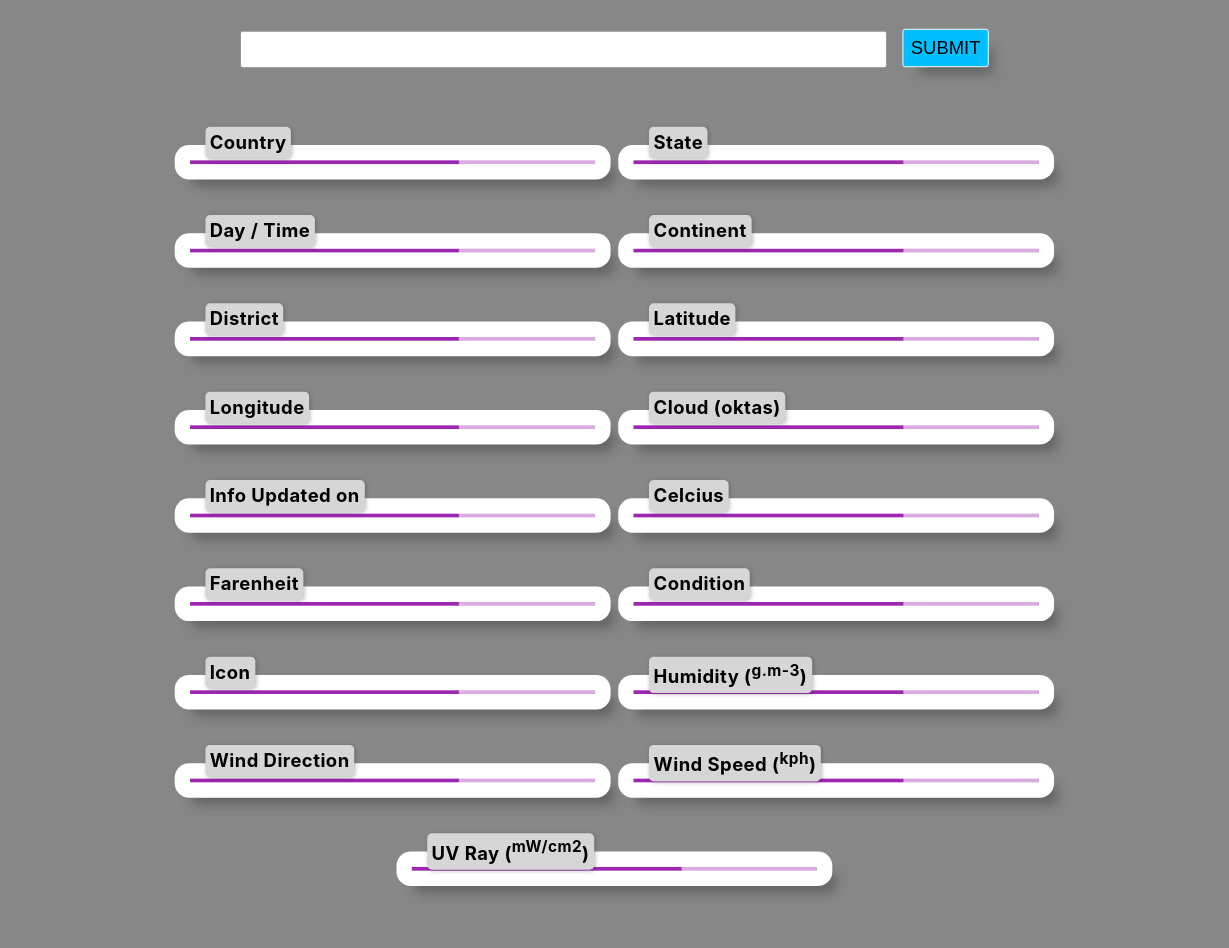
Repository: Imprasna/practising-API
Page: /
The author's editor kept a copy of each file at every save. The page is drawn from the files as they stood at one save, then again after the next save.
The browser window is 1280 px wide. The pictures show the whole page, at 96% of full size.
The project was rebuilt for these pictures with package versions that can differ from the ones it lists, and the page was loaded fresh each time. Also part of the build but not shown: src/component/Country.js, src/component/Region.js, src/component/Time.js, src/component/Continent.js, src/component/District.js, src/component/Cloud.js, src/component/UpdatedWeather.js, src/component/Celcius.js and 9 more.

Above is the page before, as saved 2021-11-12 00:01:04.

### src/App.js
import './App.css';
import Get from './Get'

function App() {
  return (
    <div className="App">
      <Get />
    </div>
  );
}

export default App;

### src/Get.js
import React, { useState } from "react";
import axios from "axios";
// import moment from 'moment';
import Country from "./component/Country";
import Region from "./component/Region";
import Time from "./component/Time";
import Continent from "./component/Continent";
import District from "./component/District";
import Cloud from "./component/Cloud";
import UpdatedWeather from "./component/UpdatedWeather";
import Celcius from "./component/Celcius";
import Farenheit from "./component/Farenheit";
import Latitude from "./component/Latitude";
import Longitude from "./component/Longitude";
import Condition from "./component/Condition";
import Icon from "./component/Icon";
import Humidity from "./component/Humidity";
import WindDirection from "./component/WindDirection";
import WindSpeed from "./component/WindSpeed";
import Uv from "./component/Uv";
import "./component/style.css";
// import CircularProgress from '@mui/material/CircularProgress';
import LinearProgress from '@mui/material/LinearProgress';



const Get = () => {
	const [getPost, setGetPost] = useState([]);
	const [loading, setLoading] = useState(false);
	const [values, setValues] = useState({ cities: "" });

	React.useEffect =
		(() => {
			getData();

			const CName = () => {
				setGetPost(getPost);
			};
			CName();
		},
		[]);

		const getData = async () =>
		{
			const city = values.cities;
			try {
				const res = await axios.get(
					`http://api.weatherapi.com/v1/current.json?key=b572a200fc624a6a85671436211310&q=${city}&aqi=yes`
					);
				setTimeout(function ()
				{
					// console.log(res.data.current);
					// console.log(res.data.location);
					// setGetPost(res.data);
					(setGetPost(res.data))
					setLoading(true);
				}, 3000);

			console.log(getPost);
			// console.log(res.data.current);
			// setGetPost({res});
		} catch (err) {
			console.log(err);
		}
	};
	console.log(getPost);

	const onChangeHandler = (e) => {
		const name = e.target.name;
		const value = e.target.value;

		// here values is the state name
		let inputValues = values;
		inputValues[name] = value;
		setValues({ ...inputValues });
		setLoading(false);
	};

	return (
		<>
			<input
				className="search-box"
				type="text"
				value={values.cities}
				name="cities"
				onChange={(e) => onChangeHandler(e)}
			/>
			<button className="button" onClick={getData}>
				Submit
			</button>

			<div className="whole">
				<div className="Country">
					{loading ? (<Country CName={getPost} />) : (<LinearProgress  color="secondary"  />)}
					<h1>Country</h1>
				</div>

				<div className="region">
				{loading ? (<Region CName={getPost} />) : (<LinearProgress  color="secondary"  />) }
					<h1>State</h1>

				</div>

				<div className="time">
				{loading ? (<Time CName={getPost} />) : (<LinearProgress  color="secondary"  />) }
					<h1>Day / Time</h1>

				</div>

				<div className="continent">
				{loading ? (<Continent CName={getPost} />) : (<LinearProgress  color="secondary"  />) }
					<h1>Continent</h1>

				</div>

				<div className="district">
				{loading ? (<District CName={getPost} />) : (<LinearProgress  color="secondary"  />) }
					<h1>District</h1>

				</div>

				<div className="lat">
				{loading ? (<Latitude CName={getPost} />) : (<LinearProgress  color="secondary"  />) }
					<h1>Latitude</h1>

				</div>

				<div className="lon">
				{loading ? (<Longitude CName={getPost} />) : (<LinearProgress  color="secondary"  />) }
					<h1>Longitude</h1>

				</div>

				<div className="cloud">
				{loading ? (<Cloud CName={getPost} />) : (<LinearProgress  color="secondary"  />) }
					<h1>Cloud (oktas)</h1>

				</div>

				<div className="upt">
				{loading ? (<UpdatedWeather CName={getPost} />) : (<LinearProgress  color="secondary"  />) }
					<h1>Info Updated on</h1>

				</div>

				<div className="cel">
				{loading ? (<Celcius CName={getPost} />) : (<LinearProgress  color="secondary"  />) }
					<h1>Celcius</h1>

				</div>

				<div className="far">
				{loading ? (<Farenheit CName={getPost} />) : (<LinearProgress  color="secondary"  />) }
					<h1>Farenheit</h1>

				</div>

				<div className="cond">
				{loading ? (<Condition CName={getPost} />) : (<LinearProgress  color="secondary"  />) }
					<h1>Condition</h1>

				</div>

				<div className="icon">
				{loading ? (<Icon CName={getPost} />) : (<LinearProgress  color="secondary"  />) }
					<h1>Icon</h1>

				</div>

				<div className="hum">
				{loading ? (<Humidity CName={getPost} />) : (<LinearProgress  color="secondary"  />) }
					<h1>
						Humidity (<sup>g.m-3</sup>)
					</h1>

				</div>


				<div className="wd">
				{loading ? (<WindDirection CName={getPost} />) : (<LinearProgress  color="secondary"  />) }
					<h1>Wind Direction</h1>

				</div>

				<div className="ws">
				{loading ? (<WindSpeed CName={getPost} />) : (<LinearProgress  color="secondary"  />) }
					<h1>
						Wind Speed (<sup>kph</sup>)
					</h1>

				</div>

				<div className="uv">
				{loading ? (<Uv CName={getPost} />) : (<LinearProgress  color="secondary"  />) }
					<h1>
						UV Ray (<sup>mW/cm2</sup>)
					</h1>

				</div>
			</div>
		</>
	);
};

export default Get;

### src/component/style.css
body {
    background: #878787;
}

.whole {
    width: 100%;
    height: 100%;
    display: flex;
    justify-content: center;
    align-items: center;
    flex-wrap: wrap;
    gap: .5rem;
    margin-bottom: 4rem;
}

.search-box {
    width: 50%;
    padding: .5rem 1rem;
    border-radius: 3px;
    border: 1px solid #929292;
    outline: none;
    font-size: 1rem;
    line-height: 1.3em;
    margin: 0 auto;
    margin-bottom: 2rem;
    margin-top: 2rem;
    margin-right: 1rem;
    text-transform: uppercase;
}

.button {
    padding: .5rem;
    outline: none;
    border: 1px solid #fff;
    box-shadow: 11px 14px 12px -7px rgba(87,87,87,0.75);
    cursor: pointer;
    font-size: 1.2rem;
    text-transform: uppercase;
    border-radius: 3px;
    background: deepskyblue;
}

.Country {
    width: 33%;
    color: #fff;
    padding: 1rem;
    border-radius: 15px;
    background-color: #fff;
    box-shadow: 11px 14px 12px -7px rgba(87,87,87,0.75);
    position: relative;
    font-size: 1.1rem;
    font-weight: 600;
    letter-spacing: .5px;
    margin-top: 3rem;
}

.Country > h1 {
    position: absolute;
    top: -2rem;
    left: 2rem;
    padding: .3rem;
    background-color: #d6d6d6;
    border-radius: 5px;
    font-size: 1.2rem;
    filter: drop-shadow(1px 1px 2px rgba(44, 44, 44, 0.342));
    color: #000;
}

.region {
    width: 33%;
    color: #fff;
    padding: 1rem;
    border-radius: 15px;
    background-color: #fff;
    box-shadow: 11px 14px 12px -7px rgba(87,87,87,0.75);
    position: relative;
    font-size: 1.1rem;
    font-weight: 600;
    letter-spacing: .5px;
    margin-top: 3rem;
}

.region > h1 {
    position: absolute;
    top: -2rem;
    left: 2rem;
    padding: .3rem;
    background-color: #d6d6d6;
    border-radius: 5px;
    font-size: 1.2rem;
    filter: drop-shadow(1px 1px 2px rgba(44, 44, 44, 0.342));
    color: #000;
}

.time {
    width: 33%;
    color: #fff;
    padding: 1rem;
    border-radius: 15px;
    background-color: #fff;
    box-shadow: 11px 14px 12px -7px rgba(87,87,87,0.75);
    position: relative;
    font-size: 1.1rem;
    font-weight: 600;
    letter-spacing: .5px;
    margin-top: 3rem;
}

.time > h1 {
    position: absolute;
    top: -2rem;
    left: 2rem;
    padding: .3rem;
    background-color: #d6d6d6;
    border-radius: 5px;
    font-size: 1.2rem;
    filter: drop-shadow(1px 1px 2px rgba(44, 44, 44, 0.342));
    color: #000;
}

.continent {
    width: 33%;
    color: #fff;
    padding: 1rem;
    border-radius: 15px;
    background-color: #fff;
    box-shadow: 11px 14px 12px -7px rgba(87,87,87,0.75);
    position: relative;
    font-size: 1.1rem;
    font-weight: 600;
    letter-spacing: .5px;
    margin-top: 3rem;
}

.continent > h1 {
    position: absolute;
    top: -2rem;
    left: 2rem;
    padding: .3rem;
    background-color: #d6d6d6;
    border-radius: 5px;
    font-size: 1.2rem;
    filter: drop-shadow(1px 1px 2px rgba(44, 44, 44, 0.342));
    color: #000;
}

.district {
    width: 33%;
    color: #fff;
    padding: 1rem;
    border-radius: 15px;
    background-color: #fff;
    box-shadow: 11px 14px 12px -7px rgba(87,87,87,0.75);
    position: relative;
    font-size: 1.1rem;
    font-weight: 600;
    letter-spacing: .5px;
    margin-top: 3rem;
}

.district > h1 {
    position: absolute;
    top: -2rem;
    left: 2rem;
    padding: .3rem;
    background-color: #d6d6d6;
    border-radius: 5px;
    font-size: 1.2rem;
    filter: drop-shadow(1px 1px 2px rgba(44, 44, 44, 0.342));
    color: #000;
}

.lat {
    width: 33%;
    color: #fff;
    padding: 1rem;
    border-radius: 15px;
    background-color: #fff;
    box-shadow: 11px 14px 12px -7px rgba(87,87,87,0.75);
    position: relative;
    font-size: 1.1rem;
    font-weight: 600;
    letter-spacing: .5px;
    margin-top: 3rem;
}

.lat > h1 {
    position: absolute;
    top: -2rem;
    left: 2rem;
    padding: .3rem;
    background-color: #d6d6d6;
    border-radius: 5px;
    font-size: 1.2rem;
    filter: drop-shadow(1px 1px 2px rgba(44, 44, 44, 0.342));
    color: #000;
}

.lon {
    width: 33%;
    color: #fff;
    padding: 1rem;
    border-radius: 15px;
    background-color: #fff;
    box-shadow: 11px 14px 12px -7px rgba(87,87,87,0.75);
    position: relative;
    font-size: 1.1rem;
    font-weight: 600;
    letter-spacing: .5px;
    margin-top: 3rem;
}

.lon > h1 {
    position: absolute;
    top: -2rem;
    left: 2rem;
    padding: .3rem;
    background-color: #d6d6d6;
    border-radius: 5px;
    font-size: 1.2rem;
    filter: drop-shadow(1px 1px 2px rgba(44, 44, 44, 0.342));
    color: #000;
}

.cloud {
    width: 33%;
    color: #fff;
    padding: 1rem;
    border-radius: 15px;
    background-color: #fff;
    box-shadow: 11px 14px 12px -7px rgba(87,87,87,0.75);
    position: relative;
    font-size: 1.1rem;
    font-weight: 600;
    letter-spacing: .5px;
    margin-top: 3rem;
}

.cloud > h1 {
    position: absolute;
    top: -2rem;
    left: 2rem;
    padding: .3rem;
    background-color: #d6d6d6;
    border-radius: 5px;
    font-size: 1.2rem;
    filter: drop-shadow(1px 1px 2px rgba(44, 44, 44, 0.342));
    color: #000;
}

.upt {
    width: 33%;
    color: #fff;
    padding: 1rem;
    border-radius: 15px;
    background-color: #fff;
    box-shadow: 11px 14px 12px -7px rgba(87,87,87,0.75);
    position: relative;
    font-size: 1.1rem;
    font-weight: 600;
    letter-spacing: .5px;
    margin-top: 3rem;
}

.upt > h1 {
    position: absolute;
    top: -2rem;
    left: 2rem;
    padding: .3rem;
    background-color: #d6d6d6;
    border-radius: 5px;
    font-size: 1.2rem;
    filter: drop-shadow(1px 1px 2px rgba(44, 44, 44, 0.342));
    color: #000;
}

.cel {
    width: 33%;
    color: #fff;
    padding: 1rem;
    border-radius: 15px;
    background-color: #fff;
    box-shadow: 11px 14px 12px -7px rgba(87,87,87,0.75);
    position: relative;
    font-size: 1.1rem;
    font-weight: 600;
    letter-spacing: .5px;
    margin-top: 3rem;
}

.cel > h1 {
    position: absolute;
    top: -2rem;
    left: 2rem;
    padding: .3rem;
    background-color: #d6d6d6;
    border-radius: 5px;
    font-size: 1.2rem;
    filter: drop-shadow(1px 1px 2px rgba(44, 44, 44, 0.342));
    color: #000;
}

.far {
    width: 33%;
    color: #fff;
    padding: 1rem;
    border-radius: 15px;
    background-color: #fff;
    box-shadow: 11px 14px 12px -7px rgba(87,87,87,0.75);
    position: relative;
    font-size: 1.1rem;
    font-weight: 600;
    letter-spacing: .5px;
    margin-top: 3rem;
}

.far > h1 {
    position: absolute;
    top: -2rem;
    left: 2rem;
    padding: .3rem;
    background-color: #d6d6d6;
    border-radius: 5px;
    font-size: 1.2rem;
    filter: drop-shadow(1px 1px 2px rgba(44, 44, 44, 0.342));
    color: #000;
}

.cond {
    width: 33%;
    color: #fff;
    padding: 1rem;
    border-radius: 15px;
    background-color: #fff;
    box-shadow: 11px 14px 12px -7px rgba(87,87,87,0.75);
    position: relative;
    font-size: 1.1rem;
    font-weight: 600;
    letter-spacing: .5px;
    margin-top: 3rem;
}

.cond > h1 {
    position: absolute;
    top: -2rem;
    left: 2rem;
    padding: .3rem;
    background-color: #d6d6d6;
    border-radius: 5px;
    font-size: 1.2rem;
    filter: drop-shadow(1px 1px 2px rgba(44, 44, 44, 0.342));
    color: #000;
}


.icon {
    width: 33%;
    color: #fff;
    padding: 1rem;
    border-radius: 15px;
    background-color: #fff;
    box-shadow: 11px 14px 12px -7px rgba(87,87,87,0.75);
    position: relative;
    font-size: 1.1rem;
    font-weight: 600;
    letter-spacing: .5px;
    margin-top: 3rem;
}

.icon > h1 {
    position: absolute;
    top: -2rem;
    left: 2rem;
    padding: .3rem;
    background-color: #d6d6d6;
    border-radius: 5px;
    font-size: 1.2rem;
    filter: drop-shadow(1px 1px 2px rgba(44, 44, 44, 0.342));
    color: #000;
}

.hum {
    width: 33%;
    color: #fff;
    padding: 1rem;
    border-radius: 15px;
    background-color: #fff;
    box-shadow: 11px 14px 12px -7px rgba(87,87,87,0.75);
    position: relative;
    font-size: 1.1rem;
    font-weight: 600;
    letter-spacing: .5px;
    margin-top: 3rem;
}

.hum > h1 {
    position: absolute;
    top: -2rem;
    left: 2rem;
    padding: .3rem;
    background-color: #d6d6d6;
    border-radius: 5px;
    font-size: 1.2rem;
    filter: drop-shadow(1px 1px 2px rgba(44, 44, 44, 0.342));
    color: #000;
}

.wd {
    width: 33%;
    color: #fff;
    padding: 1rem;
    border-radius: 15px;
    background-color: #fff;
    box-shadow: 11px 14px 12px -7px rgba(87,87,87,0.75);
    position: relative;
    font-size: 1.1rem;
    font-weight: 600;
    letter-spacing: .5px;
    margin-top: 3rem;
}

.wd > h1 {
    position: absolute;
    top: -2rem;
    left: 2rem;
    padding: .3rem;
    background-color: #d6d6d6;
    border-radius: 5px;
    font-size: 1.2rem;
    filter: drop-shadow(1px 1px 2px rgba(44, 44, 44, 0.342));
    color: #000;
}

.ws {
    width: 33%;
    color: #fff;
    padding: 1rem;
    border-radius: 15px;
    background-color: #fff;
    box-shadow: 11px 14px 12px -7px rgba(87,87,87,0.75);
    position: relative;
    font-size: 1.1rem;
    font-weight: 600;
    letter-spacing: .5px;
    margin-top: 3rem;
}

.ws > h1 {
    position: absolute;
    top: -2rem;
    left: 2rem;
    padding: .3rem;
    background-color: #d6d6d6;
    border-radius: 5px;
    font-size: 1.2rem;
    filter: drop-shadow(1px 1px 2px rgba(44, 44, 44, 0.342));
    color: #000;
}

.uv {
    width: 33%;
    color: #fff;
    padding: 1rem;
    border-radius: 15px;
    background-color: #fff;
    box-shadow: 11px 14px 12px -7px rgba(87,87,87,0.75);
    position: relative;
    font-size: 1.1rem;
    font-weight: 600;
    letter-spacing: .5px;
    margin-top: 3rem;
}

.uv > h1 {
    position: absolute;
    top: -2rem;
    left: 2rem;
    padding: .3rem;
    background-color: #d6d6d6;
    border-radius: 5px;
    font-size: 1.2rem;
    filter: drop-shadow(1px 1px 2px rgba(44, 44, 44, 0.342));
    color: #000;
}

Loaded but not shown: public/index.html (common file); src/index.js (common file); src/index.css (common file); src/App.css (common file)

After the next save:
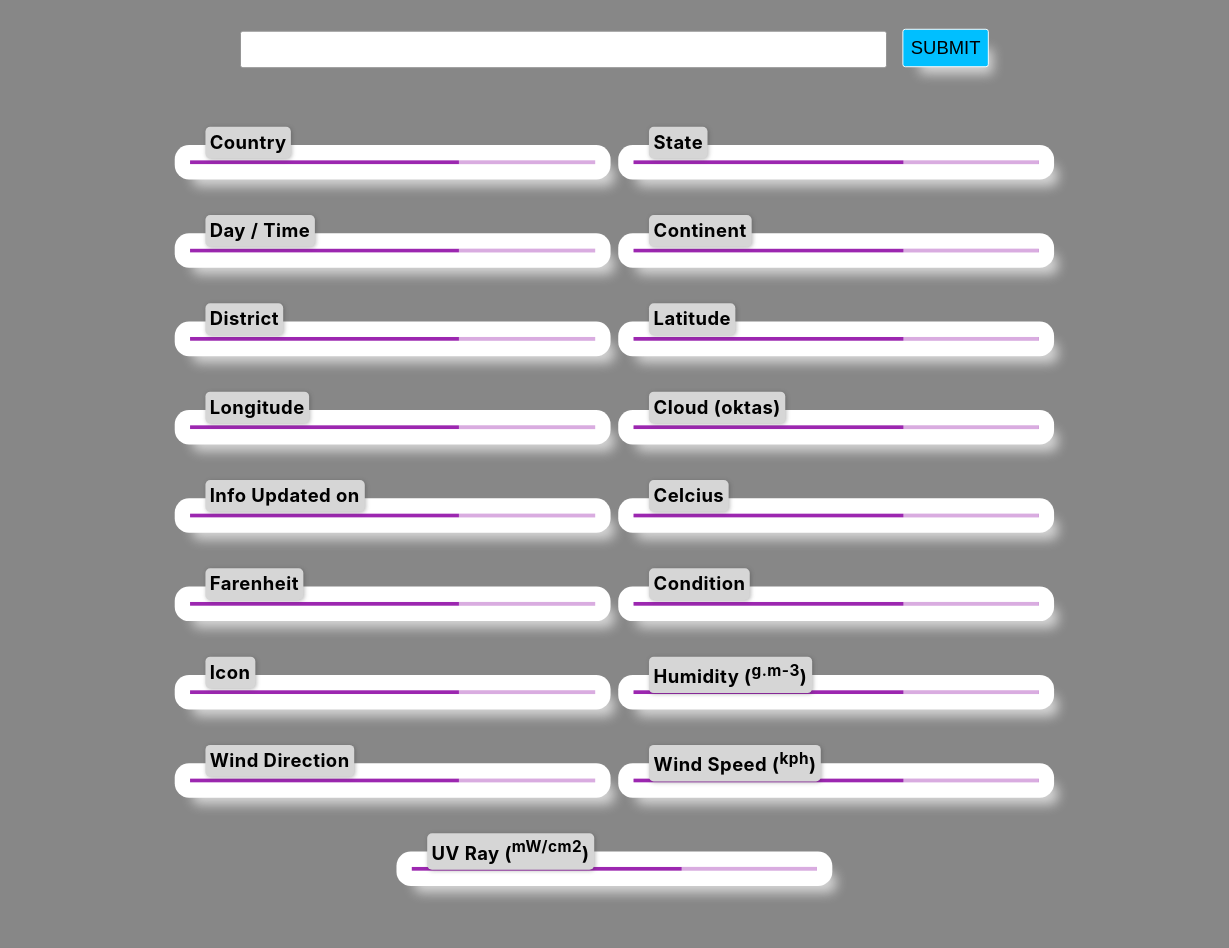
Saved 42 s later.
--- a/src/component/style.css
+++ b/src/component/style.css
@@ -32,7 +32,7 @@ body {
     padding: .5rem;
     outline: none;
     border: 1px solid #fff;
-    box-shadow: 11px 14px 12px -7px rgba(87,87,87,0.75);
+    box-shadow: 11px 14px 12px -7px rgba(240,240,240,0.75);
     cursor: pointer;
     font-size: 1.2rem;
     text-transform: uppercase;
@@ -46,7 +46,7 @@ body {
     padding: 1rem;
     border-radius: 15px;
     background-color: #fff;
-    box-shadow: 11px 14px 12px -7px rgba(87,87,87,0.75);
+    box-shadow: 11px 14px 12px -7px rgba(240,240,240,0.75);
     position: relative;
     font-size: 1.1rem;
     font-weight: 600;
@@ -72,7 +72,7 @@ body {
     padding: 1rem;
     border-radius: 15px;
     background-color: #fff;
-    box-shadow: 11px 14px 12px -7px rgba(87,87,87,0.75);
+    box-shadow: 11px 14px 12px -7px rgba(240,240,240,0.75);
     position: relative;
     font-size: 1.1rem;
     font-weight: 600;
@@ -98,7 +98,7 @@ body {
     padding: 1rem;
     border-radius: 15px;
     background-color: #fff;
-    box-shadow: 11px 14px 12px -7px rgba(87,87,87,0.75);
+    box-shadow: 11px 14px 12px -7px rgba(240,240,240,0.75);
     position: relative;
     font-size: 1.1rem;
     font-weight: 600;
@@ -124,7 +124,7 @@ body {
     padding: 1rem;
     border-radius: 15px;
     background-color: #fff;
-    box-shadow: 11px 14px 12px -7px rgba(87,87,87,0.75);
+    box-shadow: 11px 14px 12px -7px rgba(240,240,240,0.75);
     position: relative;
     font-size: 1.1rem;
     font-weight: 600;
@@ -150,7 +150,7 @@ body {
     padding: 1rem;
     border-radius: 15px;
     background-color: #fff;
-    box-shadow: 11px 14px 12px -7px rgba(87,87,87,0.75);
+    box-shadow: 11px 14px 12px -7px rgba(240,240,240,0.75);
     position: relative;
     font-size: 1.1rem;
     font-weight: 600;
@@ -176,7 +176,7 @@ body {
     padding: 1rem;
     border-radius: 15px;
     background-color: #fff;
-    box-shadow: 11px 14px 12px -7px rgba(87,87,87,0.75);
+    box-shadow: 11px 14px 12px -7px rgba(240,240,240,0.75);
     position: relative;
     font-size: 1.1rem;
     font-weight: 600;
@@ -202,7 +202,7 @@ body {
     padding: 1rem;
     border-radius: 15px;
     background-color: #fff;
-    box-shadow: 11px 14px 12px -7px rgba(87,87,87,0.75);
+    box-shadow: 11px 14px 12px -7px rgba(240,240,240,0.75);
     position: relative;
     font-size: 1.1rem;
     font-weight: 600;
@@ -228,7 +228,7 @@ body {
     padding: 1rem;
     border-radius: 15px;
     background-color: #fff;
-    box-shadow: 11px 14px 12px -7px rgba(87,87,87,0.75);
+    box-shadow: 11px 14px 12px -7px rgba(240,240,240,0.75);
     position: relative;
     font-size: 1.1rem;
     font-weight: 600;
@@ -254,7 +254,7 @@ body {
     padding: 1rem;
     border-radius: 15px;
     background-color: #fff;
-    box-shadow: 11px 14px 12px -7px rgba(87,87,87,0.75);
+    box-shadow: 11px 14px 12px -7px rgba(240,240,240,0.75);
     position: relative;
     font-size: 1.1rem;
     font-weight: 600;
@@ -280,7 +280,7 @@ body {
     padding: 1rem;
     border-radius: 15px;
     background-color: #fff;
-    box-shadow: 11px 14px 12px -7px rgba(87,87,87,0.75);
+    box-shadow: 11px 14px 12px -7px rgba(240,240,240,0.75);
     position: relative;
     font-size: 1.1rem;
     font-weight: 600;
@@ -306,7 +306,7 @@ body {
     padding: 1rem;
     border-radius: 15px;
     background-color: #fff;
-    box-shadow: 11px 14px 12px -7px rgba(87,87,87,0.75);
+    box-shadow: 11px 14px 12px -7px rgba(240,240,240,0.75);
     position: relative;
     font-size: 1.1rem;
     font-weight: 600;
@@ -332,7 +332,7 @@ body {
     padding: 1rem;
     border-radius: 15px;
     background-color: #fff;
-    box-shadow: 11px 14px 12px -7px rgba(87,87,87,0.75);
+    box-shadow: 11px 14px 12px -7px rgba(240,240,240,0.75);
     position: relative;
     font-size: 1.1rem;
     font-weight: 600;
@@ -359,7 +359,7 @@ body {
     padding: 1rem;
     border-radius: 15px;
     background-color: #fff;
-    box-shadow: 11px 14px 12px -7px rgba(87,87,87,0.75);
+    box-shadow: 11px 14px 12px -7px rgba(240,240,240,0.75);
     position: relative;
     font-size: 1.1rem;
     font-weight: 600;
@@ -385,7 +385,7 @@ body {
     padding: 1rem;
     border-radius: 15px;
     background-color: #fff;
-    box-shadow: 11px 14px 12px -7px rgba(87,87,87,0.75);
+    box-shadow: 11px 14px 12px -7px rgba(240,240,240,0.75);
     position: relative;
     font-size: 1.1rem;
     font-weight: 600;
@@ -411,7 +411,7 @@ body {
     padding: 1rem;
     border-radius: 15px;
     background-color: #fff;
-    box-shadow: 11px 14px 12px -7px rgba(87,87,87,0.75);
+    box-shadow: 11px 14px 12px -7px rgba(240,240,240,0.75);
     position: relative;
     font-size: 1.1rem;
     font-weight: 600;
@@ -437,7 +437,7 @@ body {
     padding: 1rem;
     border-radius: 15px;
     background-color: #fff;
-    box-shadow: 11px 14px 12px -7px rgba(87,87,87,0.75);
+    box-shadow: 11px 14px 12px -7px rgba(240,240,240,0.75);
     position: relative;
     font-size: 1.1rem;
     font-weight: 600;
@@ -463,7 +463,7 @@ body {
     padding: 1rem;
     border-radius: 15px;
     background-color: #fff;
-    box-shadow: 11px 14px 12px -7px rgba(87,87,87,0.75);
+    box-shadow: 11px 14px 12px -7px rgba(240,240,240,0.75);
     position: relative;
     font-size: 1.1rem;
     font-weight: 600;
